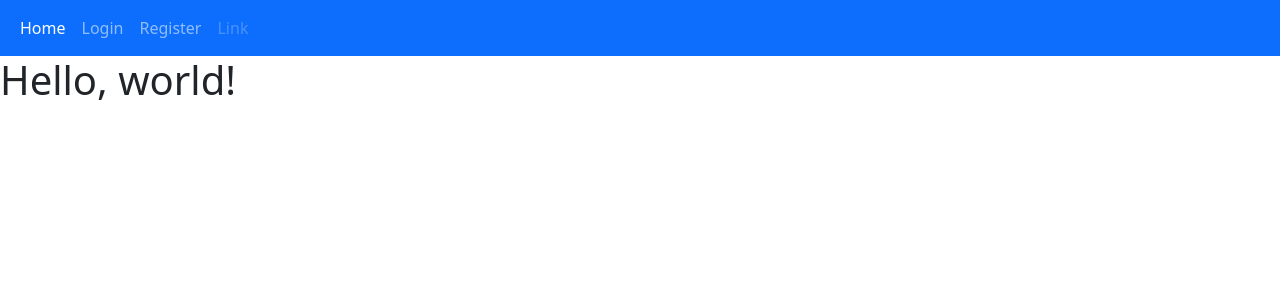
Repository: Matsikembareb/myPowervision
Page: http://localhost/
An editor plug-in stored every save of this project. The page is shown before and after the next save, followed by the edit.
The browser window is 1280 px wide. The pictures show the whole page.
The page is served by the project's application, run on Flask 3 (01prototype/myPowervision/__init__.py).

Above is the page before, as saved 2025-09-15 10:30:58.

After the next save:
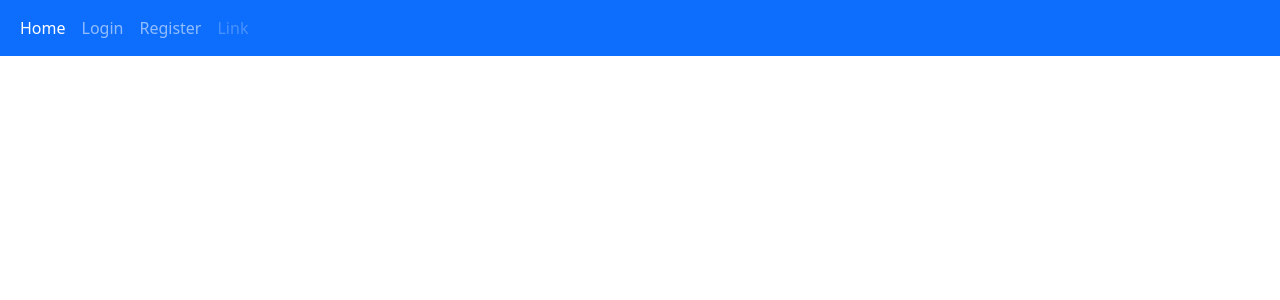
Saved 101 s later.
--- a/01prototype/myPowervision/templates/base.html
+++ b/01prototype/myPowervision/templates/base.html
@@ -32,7 +32,6 @@
         </ul>
       </div>
     </nav>
-    <h1>Hello, world!</h1>
 
     <!-- Optional JavaScript; choose one of the two! -->
 
